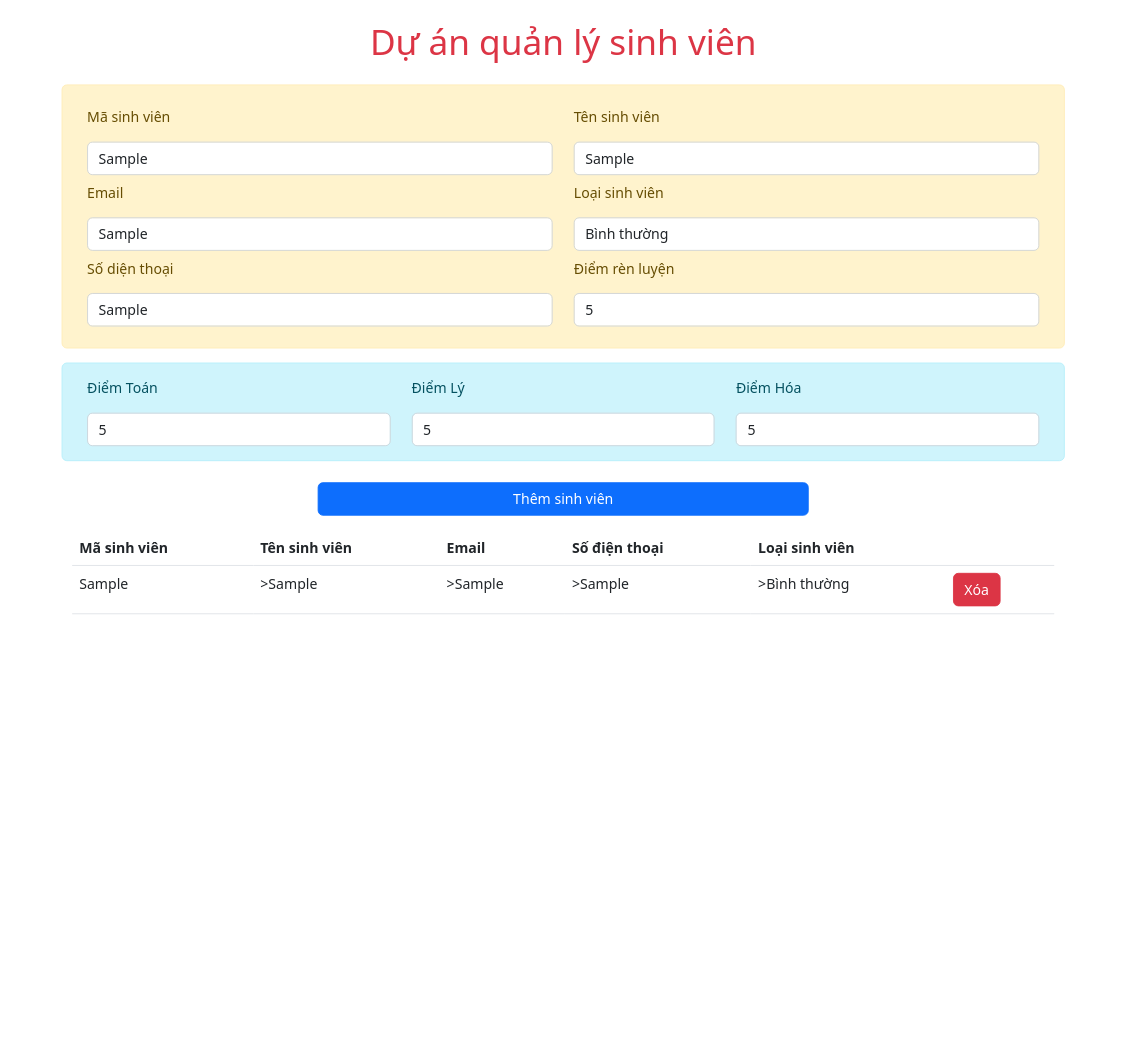
Repository: hcozyph/Cybersoft_JS_OOP
Page: index.html
The author's editor kept a copy of each file at every save. The page is drawn from the files as they stood at one save, then again after the next save.
The browser window is 1280 px wide. The pictures show the whole page, at 88% of full size.
Empty fields were first filled with sample values (such as "Sample", 5 or name@example.com).
After loading, the first visible `#btnThemSinhVien` was clicked once.

Above is the page before, as saved 2023-02-26 10:39:56.

After the next save:
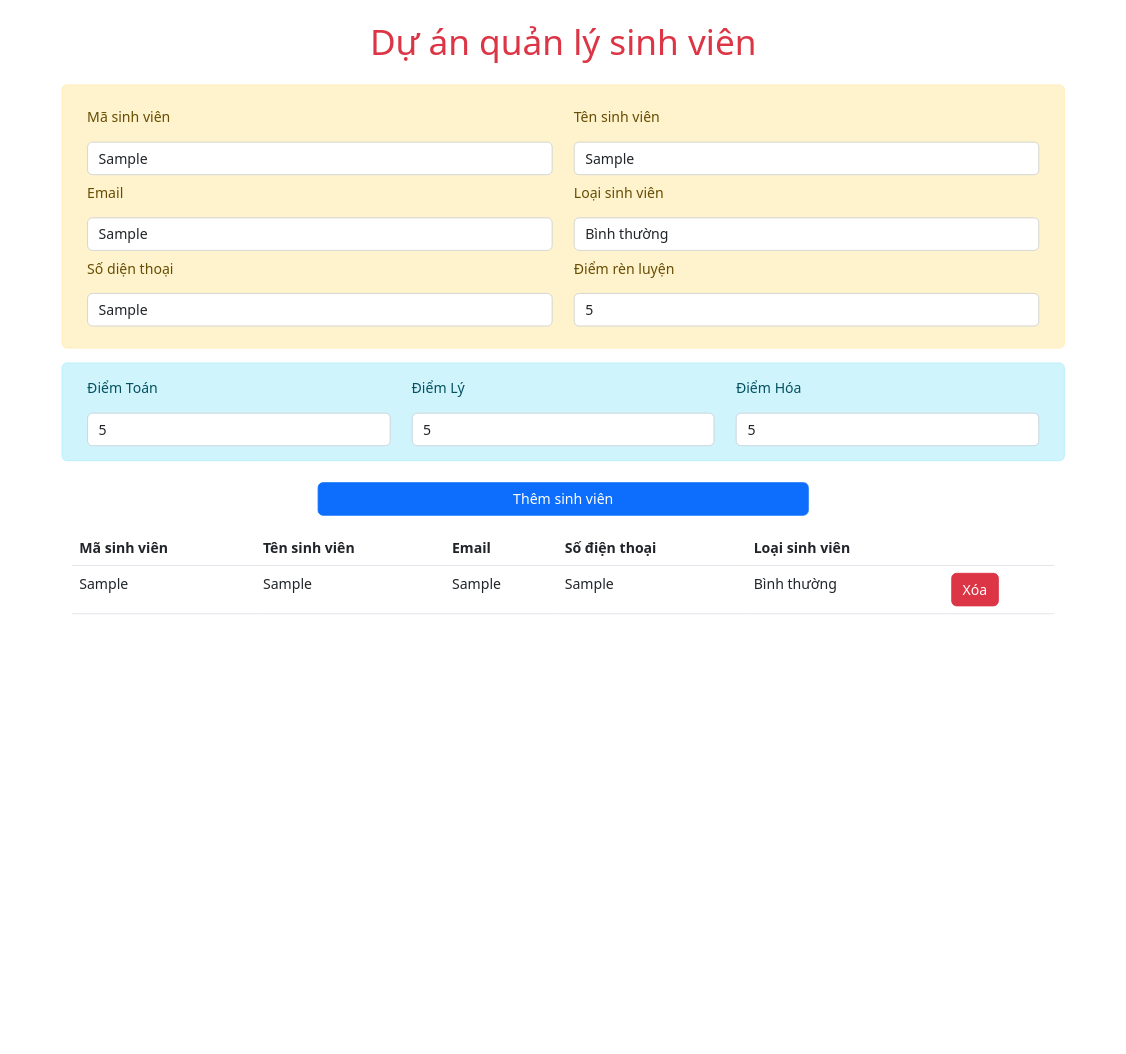
Saved 23 s later.
--- a/controllers/js/index.js
+++ b/controllers/js/index.js
@@ -40,10 +40,10 @@ getEle('btnThemSinhVien').onclick = function () {
     var htmlString = `
         <tr>
             <td>${sv.maSinhVien}</td>
-            <td>>${sv.tenSinhVien}</td>
-            <td>>${sv.email}</td>
-            <td>>${sv.soDienThoai}</td>
-            <td>>${sv.loaiSinhVien}</td>
+            <td>${sv.tenSinhVien}</td>
+            <td>${sv.email}</td>
+            <td>${sv.soDienThoai}</td>
+            <td>${sv.loaiSinhVien}</td>
             <td>
                 <button class="btn btn-danger">Xóa</button>
             </td>
